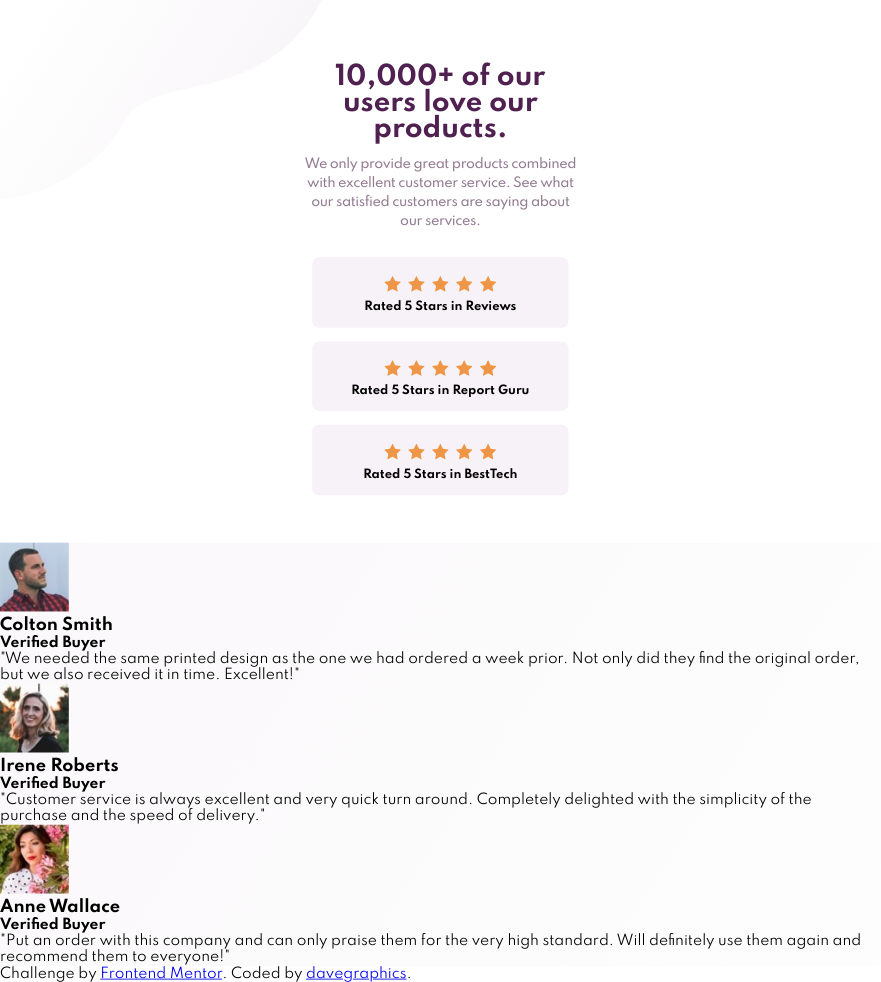
Repository: DejV44/social-proof-section-master
Page: index.html
An editor plug-in stored every save of this project. The page is shown before and after the next save, followed by the edit.
The browser window is 1024 px wide. The pictures show the whole page, at 86% of full size.
The style sheet was rebuilt from its Sass, Less or Tailwind sources for each picture, by a compiler version that may differ from the author's.

Above is the page before, as saved 2021-06-26 21:26:10.

After the next save:
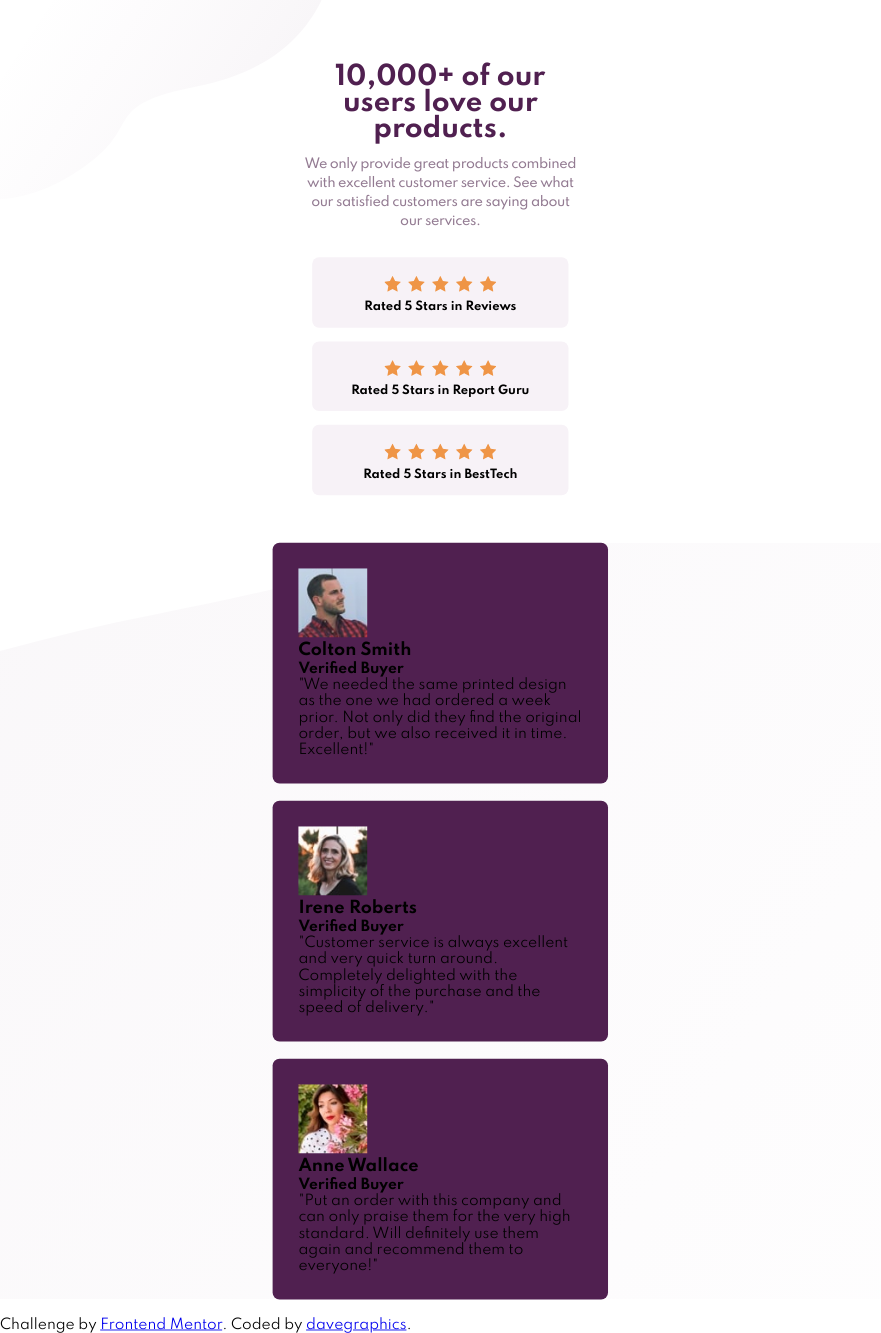
Saved 80 s later.
--- a/css/main.scss
+++ b/css/main.scss
@@ -309,7 +309,13 @@ body {
         background-position-y: 100%;
 
             ul {
-
+               list-style: none;
+                padding: 30px;
+                background: var(--primary-color);
+                border-radius: .5em;
+                width: 330px;
+                height: 220px;
+                margin: 0px auto 20px auto;
             }
         }
 
